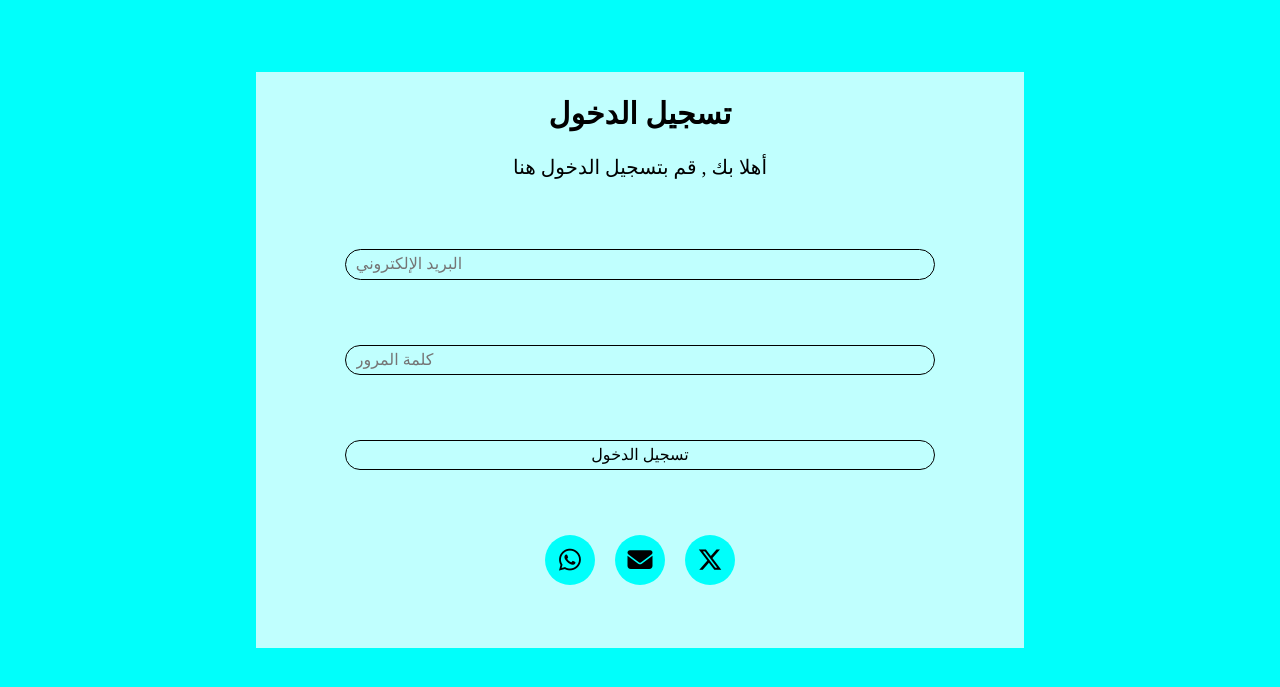
Repository: FaisalFahed/login-page
Page: html/صفحة تسجيل دخول.html
The author's editor kept a copy of each file at every save. The page is drawn from the files as they stood at one save, then again after the next save.
The browser window is 1280 px wide. The pictures show the whole page.
Some web fonts or font styles are not loaded; a fallback is used.

Above is the page before, as saved 2025-04-01 08:51:30.

### html/صفحة تسجيل دخول.html
<!DOCTYPE html>
<html lang="en">
<head>
    <meta charset="UTF-8">
    <meta name="viewport" content="width=device-width, initial-scale=1.0">
    <link rel="stylesheet" href="css/normlaize.css">
    <link rel="stylesheet" href="../css/صفحة تسجيل دخول.css">
    <!-- Font Awesome -->
    <link rel="stylesheet" href="../css/all.min.css">
    <!-- Google Fonts -->
    <link rel="preconnect" href="https://fonts.googleapis.com">
    <link rel="preconnect" href="https://fonts.gstatic.com" crossorigin>
    <link href="https://fonts.googleapis.com/css2?family=Markazi+Text:wght@400..700&display=swap" rel="stylesheet">
    <title>Faisal | صفحة تسجيل دخول</title>
</head>
    <body>
        <div class="container">
            <div class="text">
                <h2>تسجيل الدخول</h2>
                <p>أهلا بك , قم بتسجيل الدخول هنا</p>
            </div>
            <div class="log-in">
                <input type="email" placeholder="البريد الإلكتروني">
                <input type="password" placeholder="كلمة المرور">
                <input type="submit" value="تسجيل الدخول">
            </div>
            <div class="icons">
                <ul>
                    <li><a href="#"><i class="fa-brands fa-whatsapp"></i></a></li>
                    <li><a href="#"><i class="fa-solid fa-envelope"></i></a></li>
                    <li><a href="#"><i class="fa-brands fa-x-twitter"></i></a></li>
                </ul>
            </div>
        </div>
    </body>
</html>

### css/normlaize.css
/*! normalize.css v8.0.1 | MIT License | github.com/necolas/normalize.css */

/* Document
   ========================================================================== */

/**
 * 1. Correct the line height in all browsers.
 * 2. Prevent adjustments of font size after orientation changes in iOS.
 */

 html {
  line-height: 1.15; /* 1 */
  -webkit-text-size-adjust: 100%; /* 2 */
}

/* Sections
   ========================================================================== */

/**
 * Remove the margin in all browsers.
 */

body {
  margin: 0;
}

/**
 * Render the `main` element consistently in IE.
 */

main {
  display: block;
}

/**
 * Correct the font size and margin on `h1` elements within `section` and
 * `article` contexts in Chrome, Firefox, and Safari.
 */

h1 {
  font-size: 2em;
  margin: 0.67em 0;
}

/* Grouping content
   ========================================================================== */

/**
 * 1. Add the correct box sizing in Firefox.
 * 2. Show the overflow in Edge and IE.
 */

hr {
  box-sizing: content-box; /* 1 */
  height: 0; /* 1 */
  overflow: visible; /* 2 */
}

/**
 * 1. Correct the inheritance and scaling of font size in all browsers.
 * 2. Correct the odd `em` font sizing in all browsers.
 */

pre {
  font-family: monospace, monospace; /* 1 */
  font-size: 1em; /* 2 */
}

/* Text-level semantics
   ========================================================================== */

/**
 * Remove the gray background on active links in IE 10.
 */

a {
  background-color: transparent;
}

/**
 * 1. Remove the bottom border in Chrome 57-
 * 2. Add the correct text decoration in Chrome, Edge, IE, Opera, and Safari.
 */

abbr[title] {
  border-bottom: none; /* 1 */
  text-decoration: underline; /* 2 */
  text-decoration: underline dotted; /* 2 */
}

/**
 * Add the correct font weight in Chrome, Edge, and Safari.
 */

b,
strong {
  font-weight: bolder;
}

/**
 * 1. Correct the inheritance and scaling of font size in all browsers.
 * 2. Correct the odd `em` font sizing in all browsers.
 */

code,
kbd,
samp {
  font-family: monospace, monospace; /* 1 */
  font-size: 1em; /* 2 */
}

/**
 * Add the correct font size in all browsers.
 */

small {
  font-size: 80%;
}

/**
 * Prevent `sub` and `sup` elements from affecting the line height in
 * all browsers.
 */

sub,
sup {
  font-size: 75%;
  line-height: 0;
  position: relative;
  vertical-align: baseline;
}

sub {
  bottom: -0.25em;
}

sup {
  top: -0.5em;
}

/* Embedded content
   ========================================================================== */

/**
 * Remove the border on images inside links in IE 10.
 */

img {
  border-style: none;
}

/* Forms
   ========================================================================== */

/**
 * 1. Change the font styles in all browsers.
 * 2. Remove the margin in Firefox and Safari.
 */

button,
input,
optgroup,
select,
textarea {
  font-family: inherit; /* 1 */
  font-size: 100%; /* 1 */
  line-height: 1.15; /* 1 */
  margin: 0; /* 2 */
}

/**
 * Show the overflow in IE.
 * 1. Show the overflow in Edge.
 */

button,
input { /* 1 */
  overflow: visible;
}

/**
 * Remove the inheritance of text transform in Edge, Firefox, and IE.
 * 1. Remove the inheritance of text transform in Firefox.
 */

button,
select { /* 1 */
  text-transform: none;
}

/**
 * Correct the inability to style clickable types in iOS and Safari.
 */

button,
[type="button"],
[type="reset"],
[type="submit"] {
  -webkit-appearance: button;
}

/**
 * Remove the inner border and padding in Firefox.
 */

button::-moz-focus-inner,
[type="button"]::-moz-focus-inner,
[type="reset"]::-moz-focus-inner,
[type="submit"]::-moz-focus-inner {
  border-style: none;
  padding: 0;
}

/**
 * Restore the focus styles unset by the previous rule.
 */

button:-moz-focusring,
[type="button"]:-moz-focusring,
[type="reset"]:-moz-focusring,
[type="submit"]:-moz-focusring {
  outline: 1px dotted ButtonText;
}

/**
 * Correct the padding in Firefox.
 */

fieldset {
  padding: 0.35em 0.75em 0.625em;
}

/**
 * 1. Correct the text wrapping in Edge and IE.
 * 2. Correct the color inheritance from `fieldset` elements in IE.
 * 3. Remove the padding so developers are not caught out when they zero out
 *    `fieldset` elements in all browsers.
 */

legend {
  box-sizing: border-box; /* 1 */
  color: inherit; /* 2 */
  display: table; /* 1 */
  max-width: 100%; /* 1 */
  padding: 0; /* 3 */
  white-space: normal; /* 1 */
}

/**
 * Add the correct vertical alignment in Chrome, Firefox, and Opera.
 */

progress {
  vertical-align: baseline;
}

/**
 * Remove the default vertical scrollbar in IE 10+.
 */

textarea {
  overflow: auto;
}

/**
 * 1. Add the correct box sizing in IE 10.
 * 2. Remove the padding in IE 10.
 */

[type="checkbox"],
[type="radio"] {
  box-sizing: border-box; /* 1 */
  padding: 0; /* 2 */
}

/**
 * Correct the cursor style of increment and decrement buttons in Chrome.
 */

[type="number"]::-webkit-inner-spin-button,
[type="number"]::-webkit-outer-spin-button {
  height: auto;
}

/**
 * 1. Correct the odd appearance in Chrome and Safari.
 * 2. Correct the outline style in Safari.
 */

[type="search"] {
  -webkit-appearance: textfield; /* 1 */
  outline-offset: -2px; /* 2 */
}

/**
 * Remove the inner padding in Chrome and Safari on macOS.
 */

[type="search"]::-webkit-search-decoration {
  -webkit-appearance: none;
}

/**
 * 1. Correct the inability to style clickable types in iOS and Safari.
 * 2. Change font properties to `inherit` in Safari.
 */

::-webkit-file-upload-button {
  -webkit-appearance: button; /* 1 */
  font: inherit; /* 2 */
}

/* Interactive
   ========================================================================== */

/*
 * Add the correct display in Edge, IE 10+, and Firefox.
 */

details {
  display: block;
}

/*
 * Add the correct display in all browsers.
 */

summary {
  display: list-item;
}

/* Misc
   ========================================================================== */

/**
 * Add the correct display in IE 10+.
 */

template {
  display: none;
}

/**
 * Add the correct display in IE 10.
 */

[hidden] {
  display: none;
}

### css/صفحة تسجيل دخول.css
*{
    box-sizing: border-box;
}

:root{
    --main-color: #ff1f1fd6;
    --main-color-alt: #1787E0;
    --main-transition-duration: 0.3s;
    --main-padding-top: 100px;
    --main-padding-bottom: 100px;
    --section-background: #ECECEC;
}

html{
    scroll-behavior: smooth;
}

body{
    font-family: "Markazi Text", serif;
    background-color: #00fffb;
    display: flex;
    width: 100vw;
    height: 100vh;
    justify-content: center;
    align-items: center;
}

a{
    text-decoration: none;
}

ul{
    list-style: none;
    padding: 0;
    margin: 0;
}

.container{
    padding-left: 15px;
    padding-right: 15px;
    margin-left: auto;
    margin-right: auto;
    background-color: rgba(255, 255, 255, 0.753);
    height: 80vh;
    width: 60vw;
    text-align: center;
}

.text{
    font-size: 20px;
}
.log-in{
    display: flex;
    flex-direction: column;
    align-items: center;
    justify-content: center;
}
.log-in input{
    border: none;
    outline: none;
    padding: 5px 10px;
    margin: 15px 0;
    background-color: transparent;
    border: 1px solid black;
    border-radius: 16px;
    position: relative;
    width: 80%;
}

.log-in input:not(:last-child){
    margin-top: 50px;
}
.log-in input[type="submit"]{

    margin-top: 50px;
}
.icons ul{
    display: flex;
    align-items: center;
    justify-content: center;
}
.icons ul li a{
    color: black;
}
.icons ul li a i{
    margin-top: 50px;
    display: flex;
    justify-content: center;
    align-items: center;
    background-color: rgb(0, 255, 251);
    font-size: 25px;
    width: 50px;
    height: 50px;
    border-radius: 50%;
}
.icons ul li a i:nth-child(1){
    margin: 50px 10px;
}
/* @media (min-width:768px){
    .container{
        width: 750px;
    }
}

@media (min-width:992px){
    .container{
        width: 970px;
    }
}

@media (min-width:1200px){
    .container{
        width: 1170px;
    }
} */

Loaded but not shown: css/all.min.css (library)

After the next save:
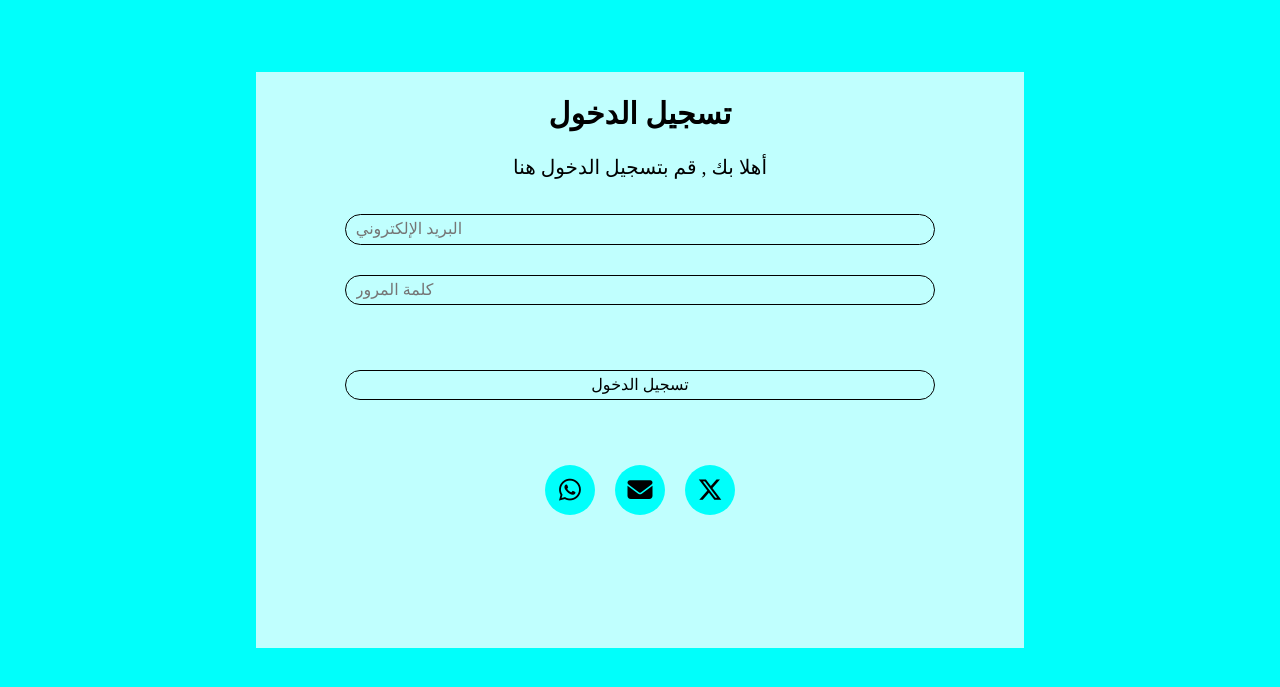
Saved 9 s later.
--- a/css/صفحة تسجيل دخول.css
+++ b/css/صفحة تسجيل دخول.css
@@ -67,7 +67,7 @@ ul{
     width: 80%;
 }
 
-.log-in input:not(:last-child){
+.log-in input:nt{
     margin-top: 50px;
 }
 .log-in input[type="submit"]{
